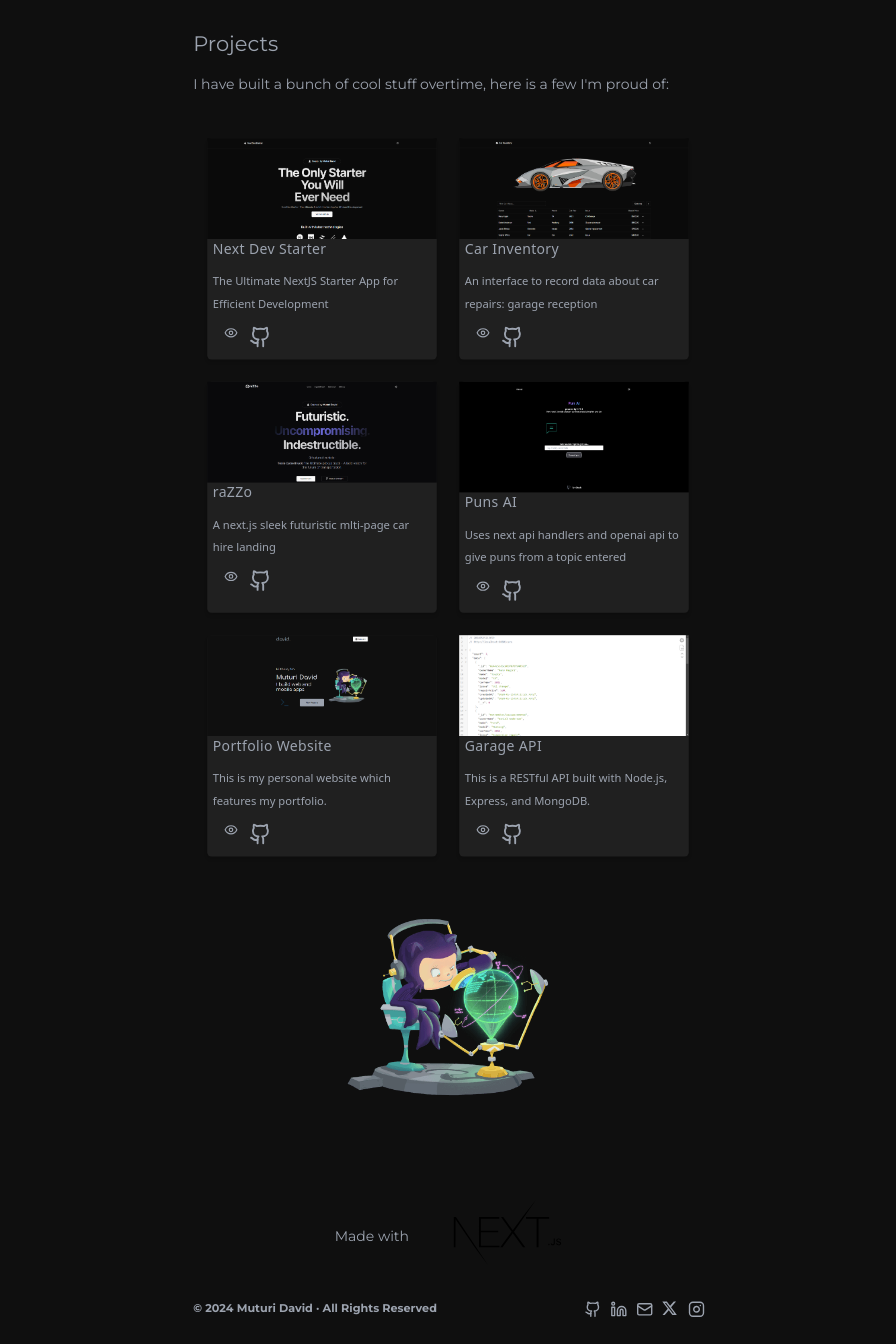
Repository: tushcmd/tushdev-portfolio
Page: /
These files come from the project's save history. The page is drawn as it stood at one moment and after the next save; the edit follows.
The browser window is 1280 px wide. The pictures show the part of the page from y = 2138 to 4058 px (the page is 4058 px tall before and 4022 px after), at 70% of full size.
The project was rebuilt for these pictures with package versions that can differ from the ones it lists, and the page was loaded fresh each time. The framework's server and built-in components were replaced by stand-ins that run in the browser. Also part of the build but not shown: next.config.js.

Above is the page before, as saved 2024-05-26 07:18:38.

After the next save:
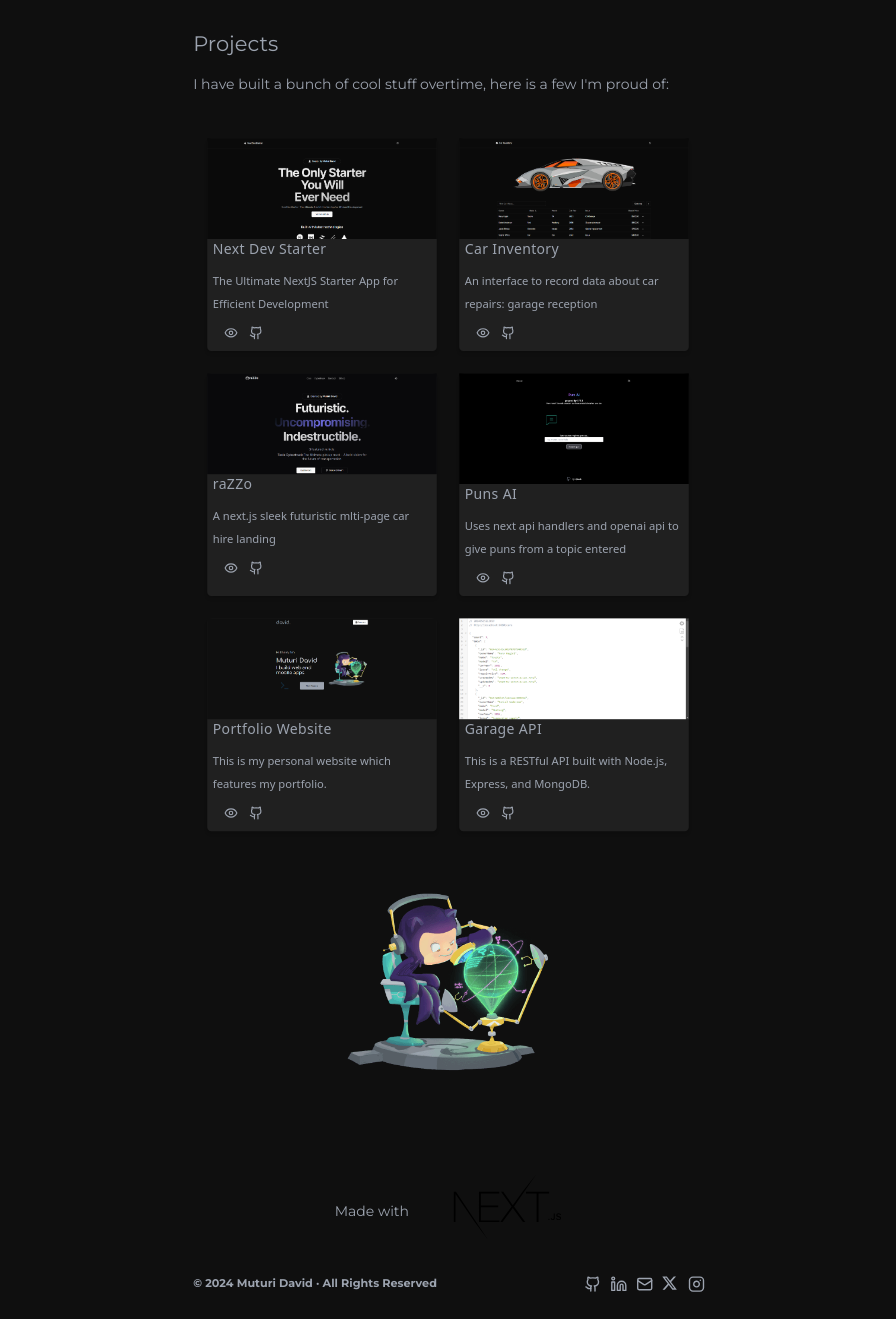
Saved 15 s later.
--- a/app/components/projects/projects-card.tsx
+++ b/app/components/projects/projects-card.tsx
@@ -21,7 +21,7 @@ export default function ProjectsCard({ url, img, github, title, text }: Projects
                         <Eye className='h-5 w-5 text-gray-400 hover:text-black duration-300' />
                     </a>
                     <a href={github} target='_blank'>
-                        <Github className='h-8 w-8 text-gray-400 hover:text-black duration-300' />
+                        <Github className='h-5 w-5 text-gray-400 hover:text-black duration-300' />
                     </a>
                 </div>
             </div>
